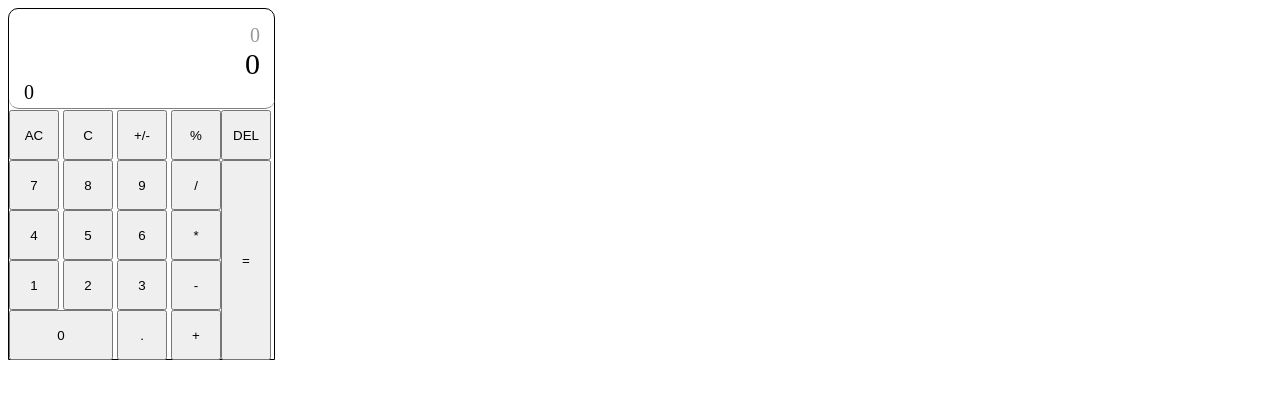
Repository: baziz22/Vanilla_JS_Projects
Page: claculator/index.html
An editor plug-in stored every save of this project. The page is shown before and after the next save, followed by the edit.
The browser window is 1280 px wide. The pictures show the whole page.

Above is the page before, as saved 2022-03-02 03:30:44.
Console error: SyntaxError: Malformed arrow function parameter list

### claculator/index.html
<!DOCTYPE html>
<html lang="en">
  <head>
    <meta charset="UTF-8" />
    <meta http-equiv="X-UA-Compatible" content="IE=edge" />
    <meta name="viewport" content="width=device-width, initial-scale=1.0" />
    <link rel="stylesheet" href="style.css" />
    <script src="script.js" defer></script>
    <title>Calculator</title>
  </head>
  <body>
    <div class="container">
      <div class="wrapper">
        <div id="display">
          <div id="equation">0</div>
          <div id="total">0</div>
          <div id="temp-result">0</div>
        </div>
        <div id="buttons">
          <div id="left-side">
            <button class="btn" all-clear>AC</button>
          <button class="btn" last-entity-clear>C</button>
          <button class="btn" operation>+/-</button>
          <button class="btn" operation>%</button>
          <button class="btn" number>7</button>
          <button class="btn" number>8</button>
          <button class="btn" number>9</button>
          <button class="btn" operation>/</button>
          <button class="btn" number>4</button>
          <button class="btn" number>5</button>
          <button class="btn" number>6</button>
          <button classs="btn" operation>*</button>
          <button class="btn" number>1</button>
          <button class="btn" number>2</button>
          <button class="btn" number>3</button>
          <button class="btn" operation">-</button>
          <button class="btn" number id="btn-0">0</button>
          <button class="btn" number dot>.</button>
          <button class="btn" operation>+</button>
          </div>

          <div id="right-side">
            <button class="btn" operation>DEL</button>
            <button class="btn" equal id="equals">=</button>
          </div>












        </div>
      </div>
    </div>
  </body>
</html>

### claculator/style.css
* {
  box-sizing: border-box;
}
.wrapper {
  border: 1px solid black;
  border-top-right-radius: 10px;
  border-top-left-radius: 10px;
  width: 267px;
  height: 352px;
}
#buttons {
  margin-top: 1px;
  display: flex;
}
#left-side {
  align-items: left;
  flex: 4;
}
#right-side {
  align-items: right;
  flex: 1;
}
button {
  width: 50px;
  height: 50px;
}
#equals {
  height: 200px;
}
#btn-0 {
  width: 104px;
}
#display {
  padding: 15px;
  width: 266px;
  height: 100px;
  text-align: right;
  border-bottom: 1px solid gray;
  border-radius: 10px;
}
#equation {
  opacity: 0.4;
  font-size: 20px;
  /* overflow: hidden; */
}
#total {
  font-size: 30px;
}
#temp-result {
  font-size: 20px;
  text-align: left;
}

### claculator/script.js
const output = document.getElementById('output');
const total = document.getElementById('total');
const reset = document.getElementById('ac');
const btn = document.querySelectorAll('.btn');
const operants = ['=', '+', '-', '*', '/'];
const equalOperation = '=';
function clear() {}
function digitDelete() {}
const operantValue = function (arg, operant) {
  let theOperant = '';
  //console.log('args: ', arg);
  operant.forEach((element, i) => {
    //console.log(i + '. ' + element);
    //console.log('opernat: ', operant);
    if (operant[i] === arg[0]) {
      console.log('this is the operant', operant[i]);
      theOperant = operant[i];
    }
  });
  return theOperant;
};

function appendNumber(d) {
  let digits = [];
  let saveOperants = [];
  let saveDigits = [];
  let outputContents = '';
  console.log('print: ', d);
  if (d.value !== equalOperation) {
    digits.push(d.value);
    let g = operantValue(digits, operants);
    console.log('g: ', g);
    //console.log('digits: ', digits);
    output.innerHTML += digits;
    if (d.value !== g) {
      outputContents += output.textContent;
      console.log(outputContents);
      //saveOutputDigit = outputContents;
      //console.log('s: ',saveOutputDigit);
      out = outputContents.concat();
      console.log('out: ', out);
    }
    if (d.value === g) {
      outputContents = '';
      //saveOutputDigit = '';
      saveOperants.push(g);
      saveDigits.push(Number(out));
      console.log('2. OutputContents: ', out);
      console.log('saveDigits: ', saveDigits);
      //reset outputContent\
      console.log('saveOperants: ', saveOperants);
      //operantValue(digits, operants);
    }
  } else {
    compute();
  }
}
function chooseOperation(operation) {}
function compute() {
  console.log('Final Result');
}
function updateDisplay() {}
let out = '';
let saveOutputDigit = '';


  btn.forEach(element => {
    element.addEventListener('click', appendNumber(element) => {element.value});
  });

After the next save:
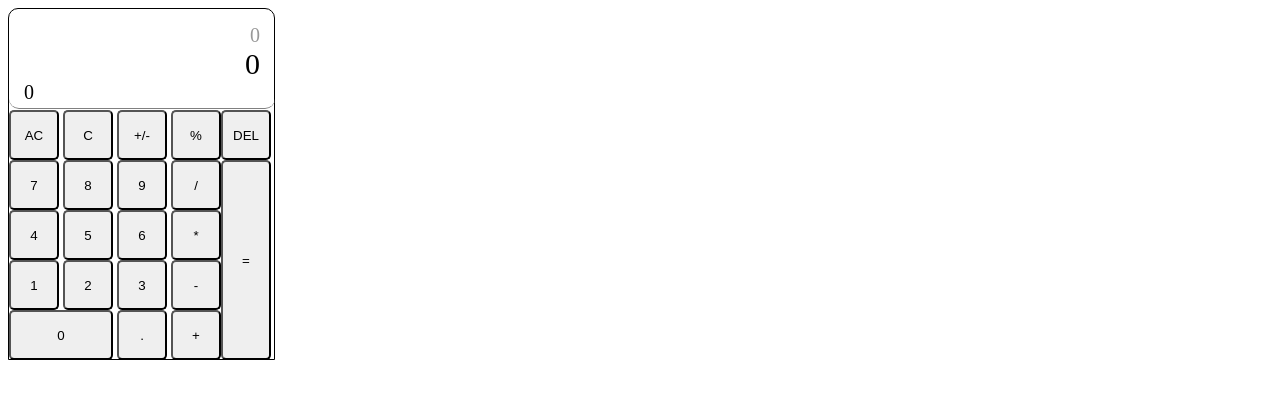
Saved 47 s later.
--- a/claculator/style.css
+++ b/claculator/style.css
@@ -21,6 +21,7 @@
   flex: 1;
 }
 button {
+  border-radius: 5px;
   width: 50px;
   height: 50px;
 }
